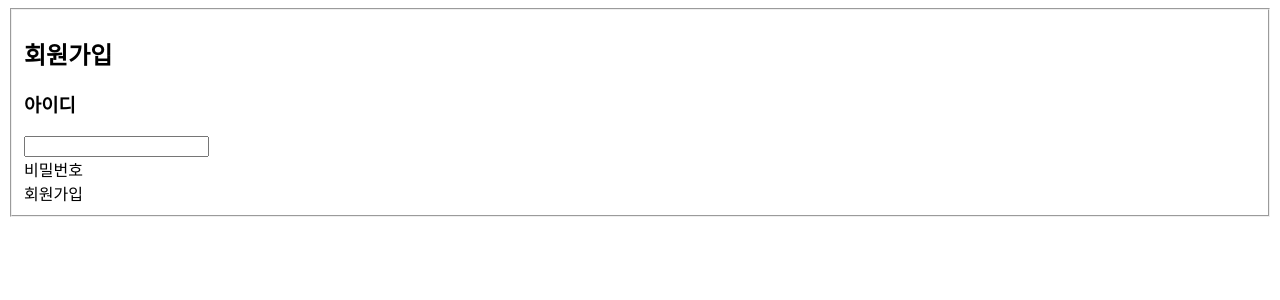
Repository: agheha/trillion
Page: YH/login/login.html
These files come from the project's save history. The page is drawn as it stood at one moment and after the next save; the edit follows.
The browser window is 1280 px wide. The pictures show the whole page.

Above is the page before, as saved 2019-09-02 20:13:25.

### YH/login/login.html
<!DOCTYPE html>
<html lang="en">
<head>
    <meta charset="UTF-8">
    <meta name="viewport" content="width=device-width, initial-scale=1.0">
    <meta http-equiv="X-UA-Compatible" content="ie=edge">
    <title>Document</title>
    <link rel="stylesheet" href="login.css">
</head>
<body>
    <form>
        <fieldset>
            <h2>회원가입</h2>
                <h3>아이디</h3>
                <div>
                    <input type="text" name="msg">
                </div>
                <div>비밀번호</div>
                <div>회원가입</div>
        </fieldset>
    </form>
</body>
</html>

Loaded but not shown: YH/login/login.css (no copy from this time; the picture is the same without it)

After the next save:
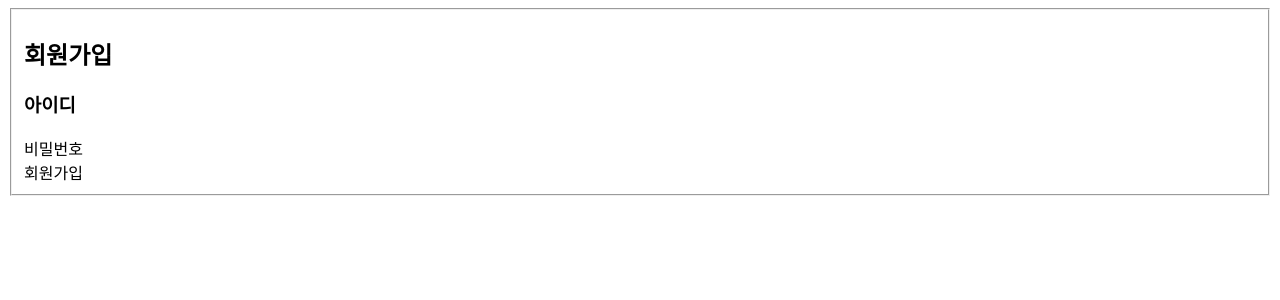
Saved 78 s later.
--- a/YH/login/login.html
+++ b/YH/login/login.html
@@ -13,7 +13,7 @@
             <h2>회원가입</h2>
                 <h3>아이디</h3>
                 <div>
-                    <input type="text" name="msg">
+
                 </div>
                 <div>비밀번호</div>
                 <div>회원가입</div>

After the save that followed:
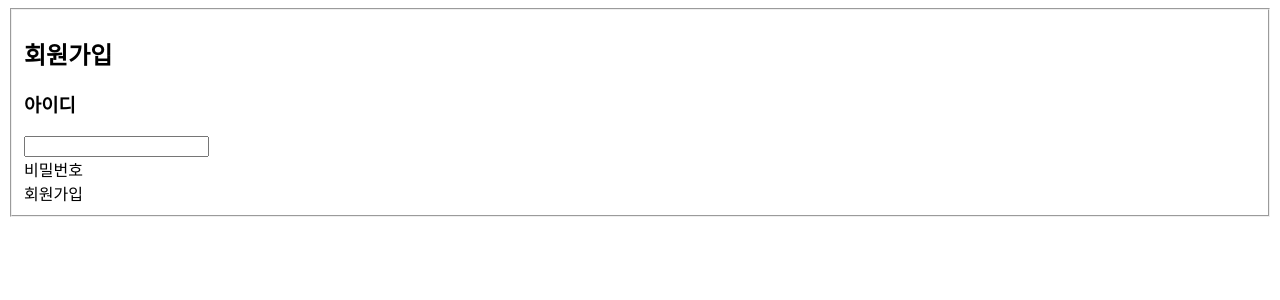
Saved 6 s later.
--- a/YH/login/login.html
+++ b/YH/login/login.html
@@ -13,7 +13,7 @@
             <h2>회원가입</h2>
                 <h3>아이디</h3>
                 <div>
-
+                    <input type="text" name="msg">
                 </div>
                 <div>비밀번호</div>
                 <div>회원가입</div>
